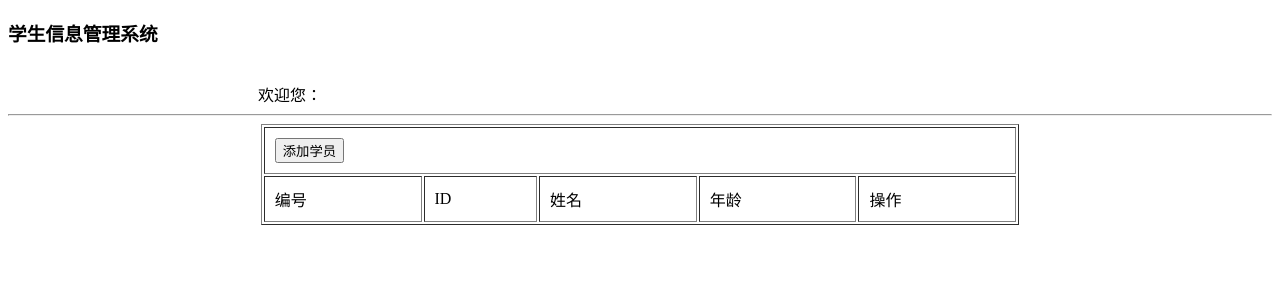
Repository: DataBoxWx/mvc_servlet_3
Page: http://localhost/mvc_2/jsp/studentlist.jsp
An editor plug-in stored every save of this project. The page is shown before and after the next save, followed by the edit.
The browser window is 1280 px wide. The pictures show the whole page.
The page is served by Tomcat 9.

Above is the page before, as saved 2018-05-09 06:52:47.

After the next save:
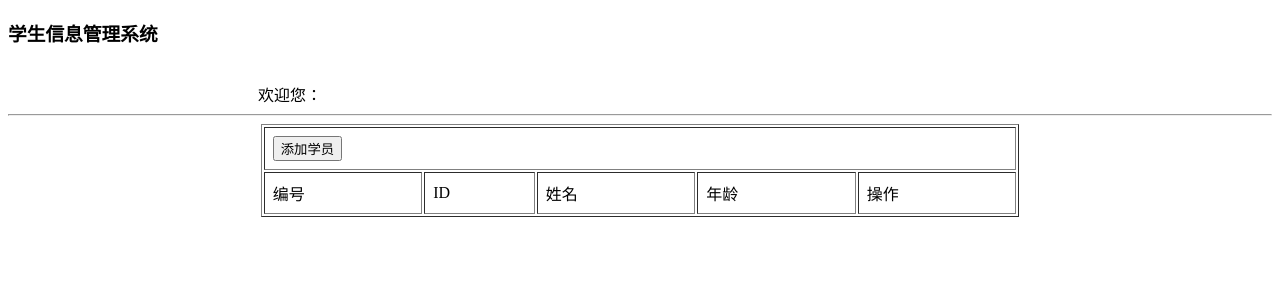
Saved 8 s later.
--- a/mvc_2/WebContent/jsp/studentlist.jsp
+++ b/mvc_2/WebContent/jsp/studentlist.jsp
@@ -13,7 +13,7 @@
 <body>
 	<h3>学生信息管理系统</h3><br/>
 	<div style="margin-left: 250px">欢迎您：${username}</div><hr>
-	<table border="1" align="center" width="60%" cellpadding="10">
+	<table border="1" align="center" width="60%" cellpadding="8">
 		<thead>
 			<tr>
 				<td style="text-align: left" colspan="5">
